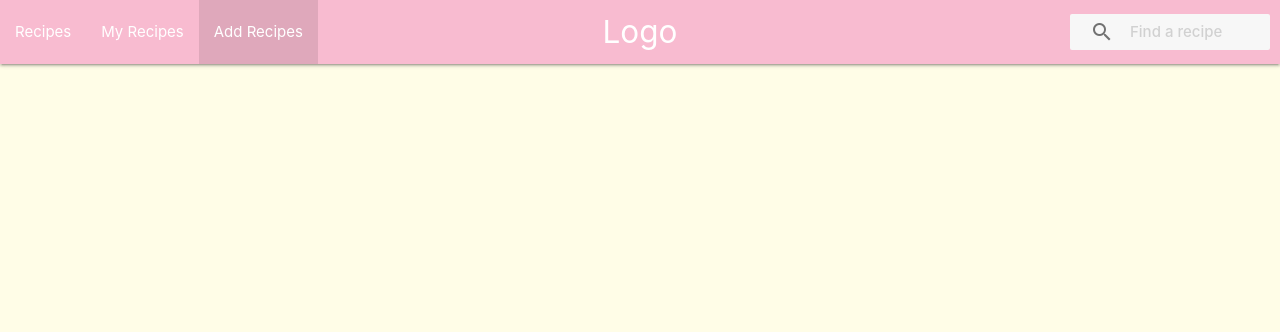
Repository: pazcm/cook-book
Page: http://localhost/
The author's editor kept a record of every edit. The page is drawn from the files as they stood at one moment, then again after a run of edits.
The browser window is 1280 px wide. The pictures show the whole page.
Some web libraries are served in a nearby version. The page is served by the project's application, run on Flask 3 (app.py). Queries for data that is not in the repository find no rows.

Above is the page before.

### templates/recipes.html
{% extends 'base.html' %}
{% block content %}
        {% for recipe in recipes %}
            {{recipe.name}}
            {{recipe.description}}
            {{recipe.author}}
            {{recipe.category}}
            {{recipe.cusine}}
            {{recipe.serves}}
            {{recipe.readyIn}}
            {{recipe.difficulty}}
            {{recipe.ingredients}}
            {{recipe.instructions}}
            {{recipe.tips}}
        {% endfor %}
    <!--    <ul class="collapsible" data-collapsible="accordion">-->
    <!--    <li>-->
    <!--        <div class="collapsible-header"><i class="material-icons">filter_drama</i>First</div>-->
    <!--        <div class="collapsible-body"><span>Lorem ipsum dolor sit amet.</span></div>-->
    <!--    </li>-->
    <!--    <li>-->
    <!--        <div class="collapsible-header"><i class="material-icons">place</i>Second</div>-->
    <!--        <div class="collapsible-body"><span>Lorem ipsum dolor sit amet.</span></div>-->
    <!--    </li>-->
    <!--    <li>-->
    <!--        <div class="collapsible-header"><i class="material-icons">whatshot</i>Third</div>-->
    <!--        <div class="collapsible-body"><span>Lorem ipsum dolor sit amet.</span></div>-->
    <!--    </li>-->
    <!--</ul>-->
{% endblock %}

### templates/base.html
<!DOCTYPE html>
<html lang="en">
<html>
    <head>
        <meta charset="UTF-8">
        <meta name="viewport" content="width=device-width, initial-scale=1.0">
        <!-- Google Icon Font -->
        <link href="https://fonts.googleapis.com/icon?family=Material+Icons" rel="stylesheet">
        <!-- Materialize -->
        <link rel="stylesheet" href="https://cdnjs.cloudflare.com/ajax/libs/materialize/1.0.0/css/materialize.min.css">
        <!-- custom CSS -->
        <link rel="stylesheet" href="{{ url_for('static', filename='css/style.css') }}" type="text/css" />

        <title>Cook Book app</title>
    </head>
    <body>
        <!-- Header - Navigation bar -->
        <nav>
            <div class="nav-wrapper">
            <!--sidenav-->
                <ul id="slide-out" class="sidenav">
                    <li>
                        <div class="user-view">
                            <div class="background">
                                <img src="static/images/yellow-unsplash.jpg">
                            </div>
                            <a href="#user"><img class="circle" src="static/images/toa-unsplash.jpg"></a>
                            <a href="#name"><span class="white-text name">Mary Jane</span></a>
                            <a href="#email"><span class="white-text email">maryjane@example.com</span></a>
                        </div>
                    </li>
                    <li><a href="#!"><i class="material-icons">local_dining</i>Link Logo Cook Book</a></li>
                    <li>
                        <div class="divider"></div>
                    </li>
                    <li><a class="subheader">Browse</a></li>
                    <li><a class="waves-effect" href="#!">Recipes</a></li>
                    <li><a class="waves-effect" href="#!">My Recipes</a></li>
                    <li><a class="waves-effect" href="#!">Add Recipes</a></li>
                </ul>
                <a href="#" data-target="slide-out" class="sidenav-trigger"><i class="material-icons">menu</i></a>
                <!--end sidenav-->

                <!--navbar menu-->
                <a href="#" class="brand-logo center">Logo</a>
                <ul id="nav-mobile" class="left hide-on-med-and-down">
                    <li><a href="templates/recipes.html">Recipes</a></li>
                    <li><a href="templates/my-recipes.html">My Recipes</a></li>
                    <li class="active"><a href="templates/add-recipes.html">Add Recipes</a></li>
                </ul>
                <div class="search-box">
                        <form action="" class="browser-default right">
                            <input id="search-input" placeholder="Find a recipe" type="text" class="browser-default search-field" name="q" value="" autocomplete="off" aria-label="Search box">
                            <label for="search-input"><i class="material-icons search-icon active">search</i></label>
                      </form>
                </div>
            </div>
            <!--end navebar menu-->
        </nav>
        <!--<h1>Is connected, let's Go!</h1>-->
        {% block content %}
        {% endblock %}


        <!-- jQuery-->
        <script src="https://cdnjs.cloudflare.com/ajax/libs/jquery/3.2.1/jquery.min.js"></script>
        <!-- Compiled and minified JavaScript -->
        <script src="https://cdnjs.cloudflare.com/ajax/libs/materialize/1.0.0/js/materialize.min.js"></script>
        <!-- Search box -->
        <script type="text/javascript" src="static/js/search-box.js"></script>
        <!-- Collapsible Sidenav  -->
        <script type="text/javascript">
            $(document).ready(function () {
                $('.sidenav').sidenav();
            });
        </script>
    </body>
</html>

### app.py
import os
from flask import Flask, render_template, redirect, request, url_for
from flask_pymongo import PyMongo
from bson.objectid import ObjectId

app = Flask(__name__)
app.config["MONGO_DBNAME"] = 'cook-book-db'
app.config["MONGO_URI"] = 'mongodb+srv://root:r00tUser@cluster2-6phdr.mongodb.net/cook-book-db?retryWrites=true&w=majority'

mongo = PyMongo(app)


@app.route('/')
@app.route('/get_recipes')
def get_recipe():
    return render_template("recipes.html", recipes=mongo.db.recipes.find())

# Filters

@app.route('/home_filter', methods=["GET", "POST"])
def home_filter():
    category = mongo.db.category.find()
    ingredient = mongo.db.ingredient.find()
    cuisine = mongo.db.cuisine.find()
    recipes = mongo.db.recipes.find()

    filters = {}
    if request.method == "POST":
        recipe_category = request.form.get("category")
        if not recipe_category == None:
            filters["category_type"] = recipe_category
        recipe_ingredient = request.form.getlist("ingredient")
        recipe_cuisine = request.form.get("cuisine")
        if not recipe_cuisine == None:
            filters["cuisine_origin"] = recipe_cuisine


        filter_recipes = mongo.db.recipes.find({"$and": [filters, {"ingredient": {"$nin": recipe_ingredient}}]})
        filter_recipes_count = filter_recipes.count()
        print(filter_recipes_count)
        return render_template('home.html', category=category, cuisine=cuisine, ingredient=ingredient, recipes=filter_recipes, count=filter_recipes_count)
    else:
        recipes = mongo.db.recipes.aggregate([
                {"$sort": {"category_name": -1}},
                {"$sort": {"cuisine_name": 1}}
        ])

        return render_template('home.html', recipes=recipes, category=category, cuisine=cuisine, ingredient=ingredient)










if __name__ == '__main__':
    app.run(host=os.environ.get('IP'),
            port=int(os.environ.get('PORT')),
            debug=True)

### static/css/style.css
body {
  background-color: #fffde7;
}

nav .nav-wrapper {
  background-color: #f8bbd0;
  margin-right: 0;
}

/* search box */

nav .search-box {
  position: relative;
  height: 100%;
  margin-right: 10px;
}

input.search-field {
  width: 1px;
  margin-right: 0;
  padding: 10px 25px;
  font-weight: 500;
  color: rgba(0, 0, 0, 0.54);
  border-radius: 2px;
  border: 0;
  height: 36px;
  background: #f7f7f7;
  transition: background 0.2s, width .2s;
}

input.search-field:hover {
  background: #ebebeb;
}

input.search-field:focus {
  width: 100vw;
  padding: 8px 8px 8px 50px;
}

.search-icon {
  position: absolute;
  top: 0;
  padding-left: 15px;
  color: rgba(0, 0, 0, 0.54);
}



/* Media queries */
@media (min-width: 600px) {

  /* search box */

  input.search-field {
    padding: 8px 8px 8px 60px;
    width: 200px;
  }

  input.search-field:focus {
    width: 100%;

  }

  .search-icon {
    padding-left: 20px;
  }

}

### templates/home.html
{% extends 'base.html' %}
{% block content %}
<h1>Quick and Easy Recipes</h1>
    <div class="row">
        <form action="/list_recipes" class="form-container" method="POST">
    <div class="form-row form-row-one">
        <div class="col s12 offset-m4 l4 form-filter">
            <label for="category" class="category-filter">Category: </label>
                <a class="waves-effect waves-light btn-large"><i class="material-icons right">cloud</i>button</a>
        </div>
        <div class="col s12 offset-m4 l4 form-filter">
            <label for="category" class="category-filter">Ingredient: </label>
                <a class="waves-effect waves-light btn-large"><i class="material-icons right">cloud</i>button</a>
        </div>
        <div class="col s12 offset-m4 l4 form-filter">
            <label for="category" class="category-filter">Cuisine: </label>
                <a class="waves-effect waves-light btn-large"><i class="material-icons right">cloud</i>button</a>
        </div>
    </div>
        <!-- submit / reset -->
        <div class="form-row form-row-two">
            <div class="col s6 m6 offset-l3 l3">
                <button class="btn waves-effect waves-light" type="submit" name="action">Filter
                    <i class="material-icons right">send</i>
                </button>
            </div>
            <div class="col s6 m6 l3">
                <button class="btn waves-effect waves-light" href="{{url_for('list_recipes', recipes=recipes, category=category, ingredient=ingredient, cuisine=cuisine)}}">Reset</button>
            </div>
        </div>
    </form>
    </div>
{% endblock %}

Loaded but not shown: static/js/search-box.js (no copy from this time; the picture is the same without it)

After the next 3 edits:
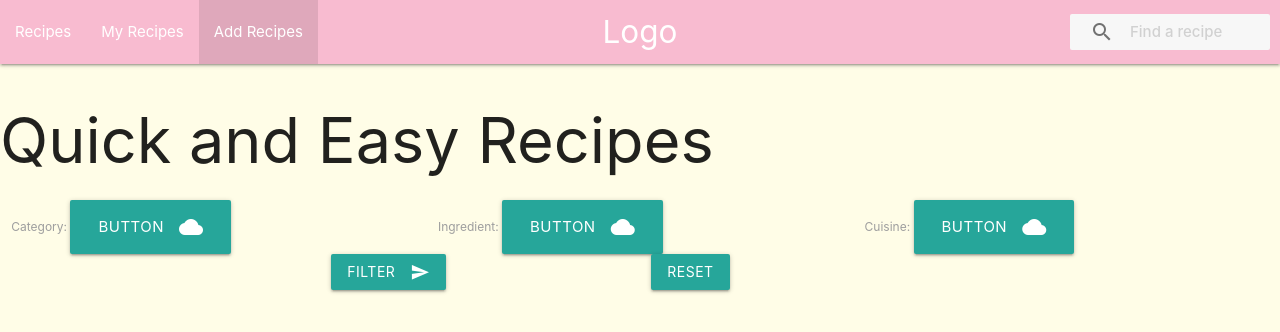
The 3 edits are shown as one change because 2 did not build or start.
The edit:
--- a/app.py
+++ b/app.py
@@ -11,14 +11,14 @@
 
 
 @app.route('/')
-@app.route('/get_recipes')
-def get_recipe():
-    return render_template("recipes.html", recipes=mongo.db.recipes.find())
+# @app.route('/get_recipes')
+# def get_recipe():
+#     return render_template("recipes.html", recipes=mongo.db.recipes.find())
 
 # Filters
 
-@app.route('/home_filter', methods=["GET", "POST"])
-def home_filter():
+@app.route('/list_recipes', methods=["GET", "POST"])
+def list_recipes():
     category = mongo.db.category.find()
     ingredient = mongo.db.ingredient.find()
     cuisine = mongo.db.cuisine.find()
